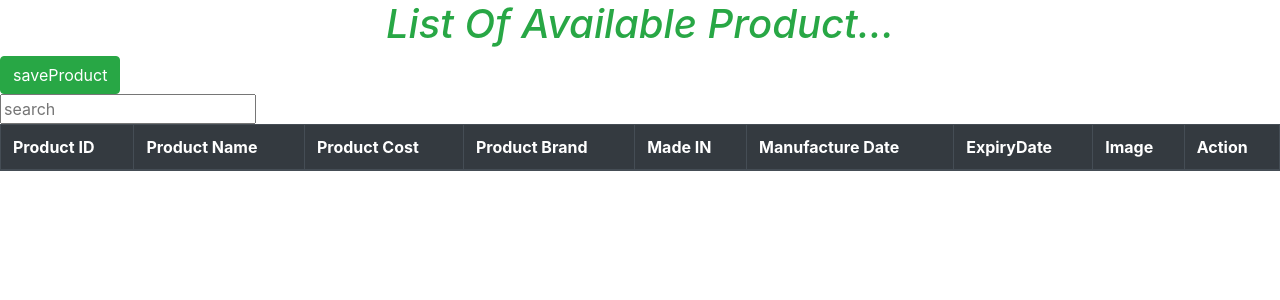
Repository: jrajesh111/Adv-java
Page: http://localhost/ProductAppproject/productList.jsp
These files come from the project's save history. The page is drawn as it stood at one moment and after the next save; the edit follows.
The browser window is 1280 px wide. The pictures show the whole page.
The page is served by Tomcat 9. Other server files are loaded and not shown. Queries for data that is not in the repository find no rows.

Above is the page before, as saved 2024-03-06 15:43:57.

### ProductAppproject/src/main/webapp/productList.jsp

<%@page import="com.sathya.servlet.ProductDao"
import="java.util.Base64"%>
<%@ page language="java" contentType="text/html" %>
<%@taglib uri="http://java.sun.com/jsp/jstl/core" prefix="c" %>
<html>
	<head>
	<title>Product List</title>
	<link rel="stylesheet"
		href="https://cdn.jsdelivr.net/npm/bootstrap@4.6.0/dist/css/bootstrap.min.css" rel="stylesheet" >
	</head>

	<body>

		<h1 class="text-success text-center font-italic">List Of Available Product...</h1>

		<div>
		<a href="add-product.html" class="btn btn-success"> saveProduct</a>
		</div>

		<div>
		<input type="text" placeholder="search">
		</div>

		<div>
		<c:if test="${saveResult==1}">
		<h1 class="text-success text-center"> Data Inserted Succesfully</h1>
		</c:if>
		</div>

		<div>
		<c:if test="${count==1}">
		<h1 class="text-danger text-center"> Data deleted succesfully</h1>
		</c:if>
		</div>

		<div>
		<c:if test="${count==0}">
		<h1 class="text-danger text-center"> Data deleted fail</h1>
		</c:if>
		</div>


		<table class="table table-bordered table-striped" >
		<thead class="thead-dark">
		<tr>
			<th>Product ID</th>
			<th>Product Name</th>
			<th>Product Cost</th>
			<th>Product Brand</th>
			<th>Made IN</th>
			<th>Manufacture Date</th>
			<th>ExpiryDate</th>
			<th>Image</th>
			<th>Action</th>

		</tr>
		</thead>

		<tbody>
		<c:forEach var="product" items="<%=new ProductDao().findAll()%>">
			<tr>
				<td>${product.proId}</td>
				<td>${product.proName}</td>
				<td>${product.proPrice}</td>
				<td>${product.proBrand}</td>
				<td>${product.proMadeIn}</td>
				<td>${product.proMfgDate}</td>
				<td>${product.proExpDate}</td>
				<td>
            <img src="data:[embedded picture, 78 characters]" alt="Product Image" style="max-width: 100px; max-height: 100px;">
        </td>

        <td>
        <a class="btn btn-primary" href="./DeleteProductServlet?proId=${product.proId }">Delete</a>
        </td>

			</tr>
		</c:forEach>

		</tbody>
		</table>
	</body>
</html>

### ProductAppproject/src/main/java/com/sathya/servlet/ProductDao.java
package com.sathya.servlet;


import java.sql.Connection;
import java.sql.PreparedStatement;
import java.sql.ResultSet;
import java.sql.SQLException;
import java.sql.Statement;
import java.util.ArrayList;
import java.util.List;



public class ProductDao
{


	public int save(Product product)
	{
		Connection c =null;
		PreparedStatement preparedStatement=null;

		int saveResult = 0;
		try {
			c=ProductConnection.proCon();
			preparedStatement = c.prepareStatement("insert into product_data values(?,?,?,?,?,?,?,?)");

			preparedStatement.setString(1, product.getProId());
			preparedStatement.setString(2, product.getProName());
			preparedStatement.setDouble(3, product.getProPrice());
			preparedStatement.setString(4,product.getProBrand());
			preparedStatement.setString(5, product.getProMadeIn());
			preparedStatement.setDate(6, product.getProMfgDate());
			preparedStatement.setDate(7, product.getProExpDate());
			preparedStatement.setBytes(8, product.getProImage());

			saveResult= preparedStatement.executeUpdate();

		}
		catch (SQLException s)
		{

			s.printStackTrace();
		}

		finally
		{
			try {
				if(c!=null && preparedStatement!=null) {
				c.close();
				preparedStatement.close();
				}
			}catch (SQLException s)
			{
				s.printStackTrace();
			}
		}

		return saveResult;
	}

	public List<Product> findAll()
	{
		List<Product> pro=new ArrayList<Product>();

		try(Connection connection=ProductConnection.proCon();
				Statement statement= connection.createStatement())
		{
			ResultSet resultSet=statement.executeQuery("select * from product_data");
			while(resultSet.next())
			{
				Product product=new Product();

				product.setProId(resultSet.getString("proId"));
				product.setProName(resultSet.getString("proName"));
				product.setProPrice(resultSet.getDouble("proPrice"));
				product.setProBrand(resultSet.getString("proBrand"));
				product.setProMadeIn(resultSet.getString("proMadeIn"));
				product.setProMfgDate(resultSet.getDate("proMfgDate"));
				product.setProExpDate(resultSet.getDate("proExpDate"));

				product.setProImage(resultSet.getBytes("proImage"));

				pro.add(product);
			}
		}
		catch(SQLException s) {
			s.printStackTrace();
		}
		return pro;
	}

	public int deleteById(String proId)
	{
		int count=0;
			//get the connection
			try(Connection connection =ProductConnection.proCon();
					PreparedStatement preparedStatement =connection.prepareStatement("delete from product_data where proId=?"))
			{
				preparedStatement.setString(1, proId);
				count = preparedStatement.executeUpdate();
			}
			catch (SQLException s) {
				s.printStackTrace();
			}
			return count;
	}


}

### ProductAppproject/src/main/java/com/sathya/servlet/ProductConnection.java
package com.sathya.servlet;

import java.sql.Connection;
import java.sql.DriverManager;
import java.sql.SQLException;

public class ProductConnection
{
	public static Connection proCon()
	{

		Connection connection=null;
		try {
			Class.forName("oracle.jdbc.driver.OracleDriver");
			connection = DriverManager.getConnection("jdbc:oracle:thin:@LocalHost:1521:xe","rajesh","rajesh");
		}
		catch (ClassNotFoundException |SQLException e)
		{
			e.printStackTrace();
		}
		return connection;
	}
}

After the next save:
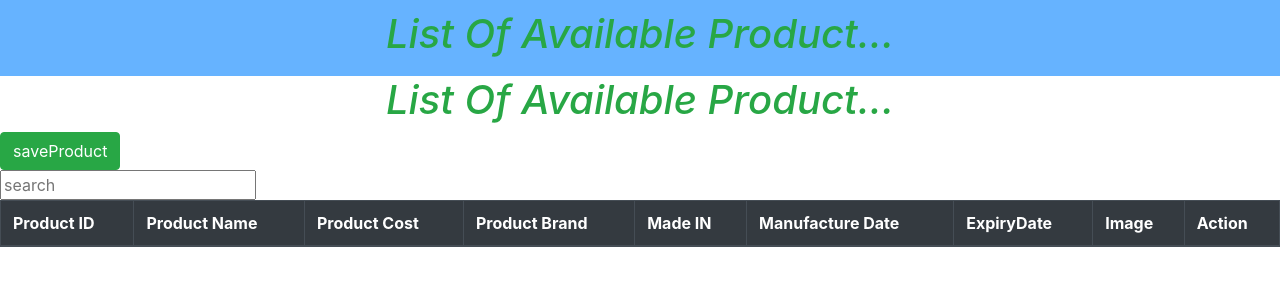
Saved 35 s later.
--- a/ProductAppproject/src/main/webapp/productList.jsp
+++ b/ProductAppproject/src/main/webapp/productList.jsp
@@ -11,7 +11,9 @@ import="java.util.Base64"%>
 	</head>
 
 	<body>
-
+		<div style="background-color: #66b3ff; padding: 10px;">
+   <h1 class="text-success text-center font-italic">List Of Available Product...</h1>
+</div>
 		<h1 class="text-success text-center font-italic">List Of Available Product...</h1>
 
 		<div>
